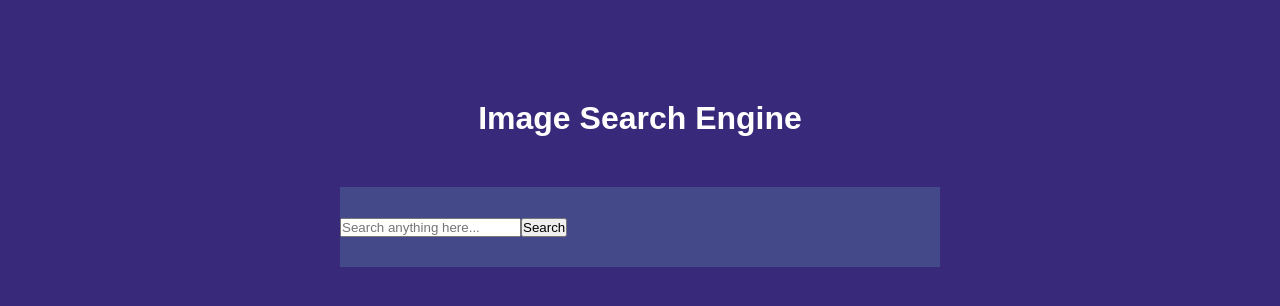
Repository: AbdullahOwais-Dev/Image-Search-App
Page: index.html
An editor plug-in stored every save of this project. The page is shown before and after a run of saves, followed by the edit.
The browser window is 1280 px wide. The pictures show the whole page.

Above is the page before, as saved 2025-02-09 00:14:53.

### index.html
<!DOCTYPE html>
<html lang="en">
<head>
    <meta charset="UTF-8">
    <meta name="viewport" content="width=device-width, initial-scale=1.0">
    <link rel="stylesheet" href="style.css">
    <link rel="shortcut icon" href="icon.png" type="image/x-icon">
    <title>Image Search</title>
</head>
<body>

    <h1>Image Search Engine</h1>
    <form id="search-form">
        <input type="text" id="search-box" placeholder="Search anything here...">
        <button>Search</button>
    </form>

</body>
</html>

### style.css
*{
    margin: 0;
    padding: 0;
    box-sizing: border-box;
    font-family: 'poppins', sans-serif;
}
body{
    background: #39297b;
    color: #fff;
}
h1{
    text-align: center;
    margin: 100px auto 50px;
    font-weight: 600;
}
form{
    width: 90%;
    max-width: 600px;
    margin: auto;
    height: 80px;
    background: #434989;
    display: flex;
    align-items: center;
}
form input

After the next 2 saves:
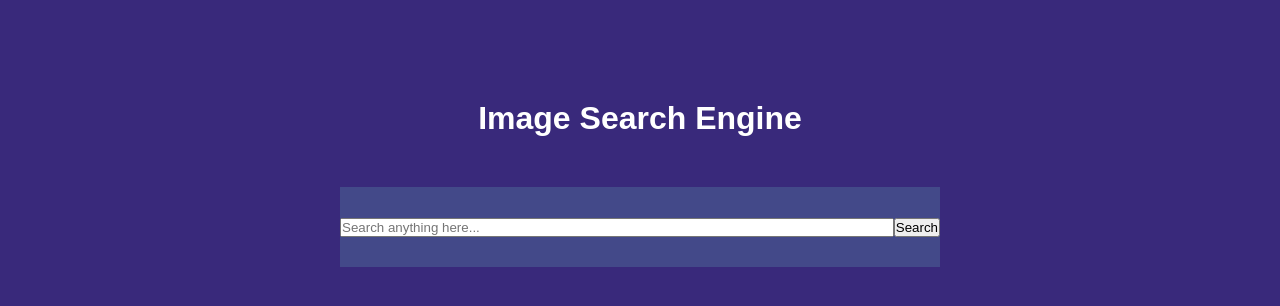
The 2 saves are shown as one change because they came seconds apart.
The last was saved 7 s later.
--- a/style.css
+++ b/style.css
@@ -22,4 +22,7 @@
     display: flex;
     align-items: center;
 }
-form input
+form input{
+    flex: 1;
+
+}
